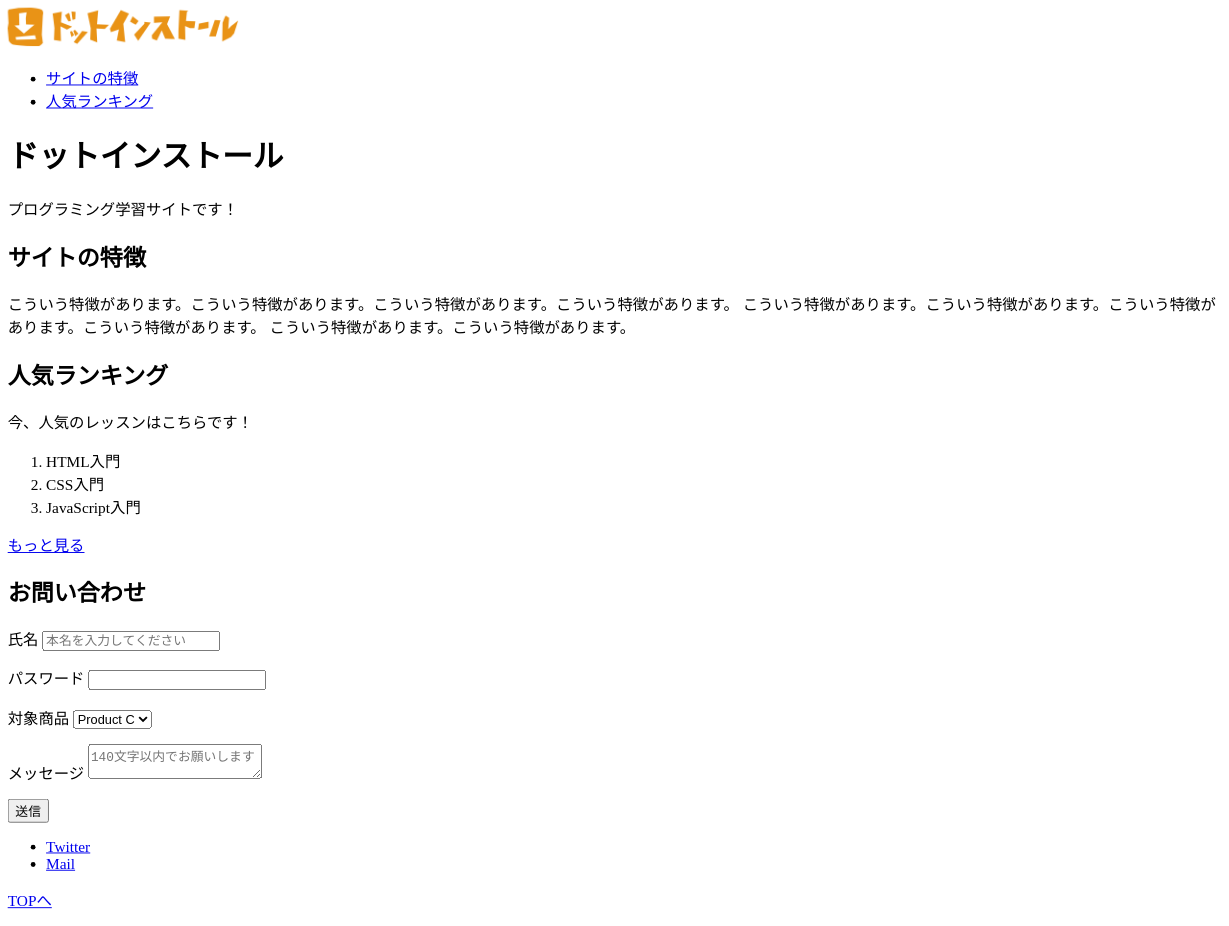
Repository: kojimayu/dotinstall-html
Page: index.html
An editor plug-in stored every save of this project. The page is shown before and after the next save, followed by the edit.
The browser window is 1280 px wide. The pictures show the whole page, at 96% of full size.

Above is the page before, as saved 2019-04-04 19:29:36.

### index.html
<!DOCTYPE html>
<html lang="ja">

<head>
    <meta charset="UTF-8">
    <title>ドットインストール</title>
    <meta name="description" content="プログラミング学習サイトのドットインストールです。">
    <link rel="icon" href="img/favicon.ico">
</head>

<body>
    <img src="img/logo.png" alt="ドットインストールのロゴです" width="240" height="40">

    <ul>
        <li><a href="#features">サイトの特徴</a></li>
        <li><a href="#ranking">人気ランキング</a></li>
    </ul>

    <h1>ドットインストール</h1>
    <p>プログラミング学習サイトです！</p>

    <h2 id="features">サイトの特徴</h2>
    <p>こういう特徴があります。こういう特徴があります。こういう特徴があります。こういう特徴があります。
        こういう特徴があります。こういう特徴があります。こういう特徴があります。こういう特徴があります。
        こういう特徴があります。こういう特徴があります。
    </p>

    <h2 id="ranking">人気ランキング</h2>
    <p>今、人気のレッスンはこちらです！</p>
    <ol>
        <li>HTML入門</li>
        <li>CSS入門</li>
        <li>JavaScript入門</li>
    </ol>
    <p><a href="more_lessons.html">もっと見る</a></p>

    <h2>お問い合わせ</h2>
    <form>
        <p>
            <label for="name">氏名</label>
            <!-- <input type="text" id="name" value="名無しです"> -->
            <input type="text" id="name" placeholder="本名を入力してください">
        </p>
        <p>
            <label for="pwd">パスワード</label>
            <input type="password" id="pwd">
        </p>
        <p>
            <label for="product">対象商品</label>
            <select id="product">
                <option>Product A</option>
                <option>Product B</option>
                <option selected>Product C</option>
                <option>Product D</option>
                <option>Product F</option>
            </select>

        </p>
        <p>
            <label for="messege">メッセージ</label>
            <textarea id="messege" placeholder="140文字以内でお願いします"></textarea>
        </p>
        <p>
            <button>送信</button>
        </p>
    </form>
    <ul>
        <li><a href="https://twitter.com/dotinstall" target="_blank">Twitter</a></li>
        <li><a href="mailto:taguch@gmail.com" target="_blank">Mail</a></li>
    </ul>

    <p><a href="#top">TOPへ</a></p>
</body>

</html>

After the next save:
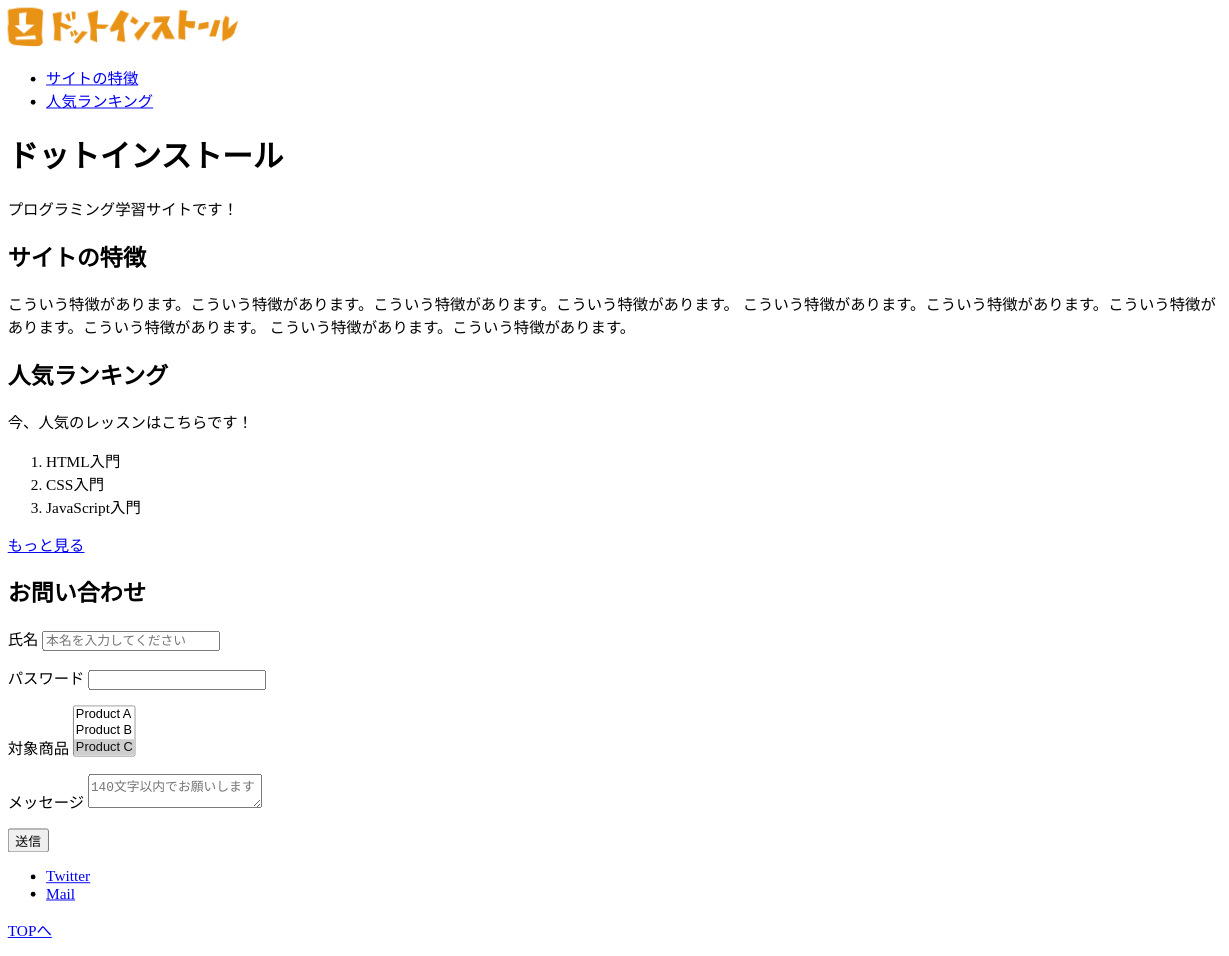
Saved 2 min 22 s later.
--- a/index.html
+++ b/index.html
@@ -47,7 +47,7 @@
         </p>
         <p>
             <label for="product">対象商品</label>
-            <select id="product">
+            <select id="product" size="3">
                 <option>Product A</option>
                 <option>Product B</option>
                 <option selected>Product C</option>
